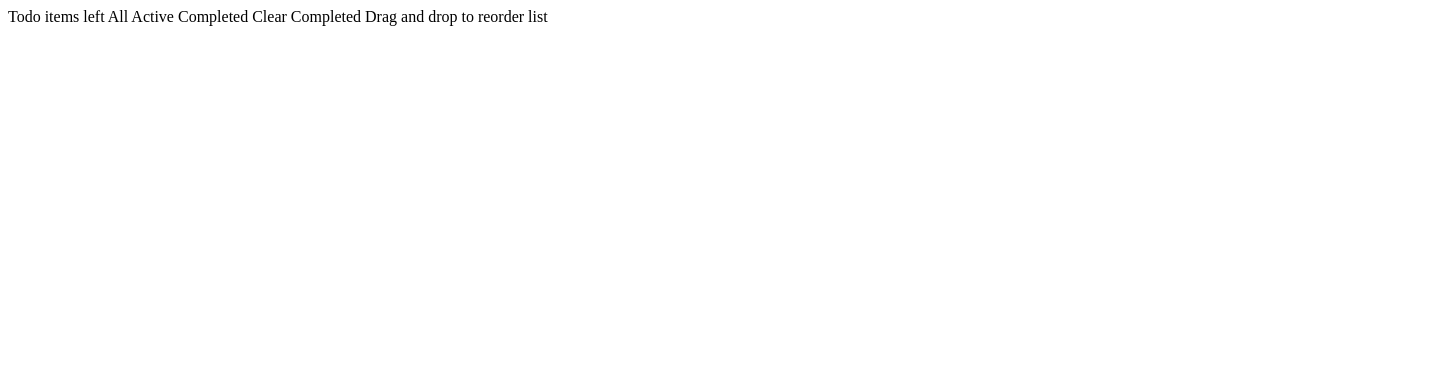
Repository: Arkitecth/todo-list
Page: index.html
These files come from the project's save history. The page is drawn as it stood at one moment and after the next save; the edit follows.
The browser window is 1280 px wide. The page is 1280 px wide, then 1448 px, so the pictures cover 1448 px, including what lies to the right of the window. The pictures show the whole page.

Above is the page before, as saved 2023-06-19 16:19:14.

After the next save:
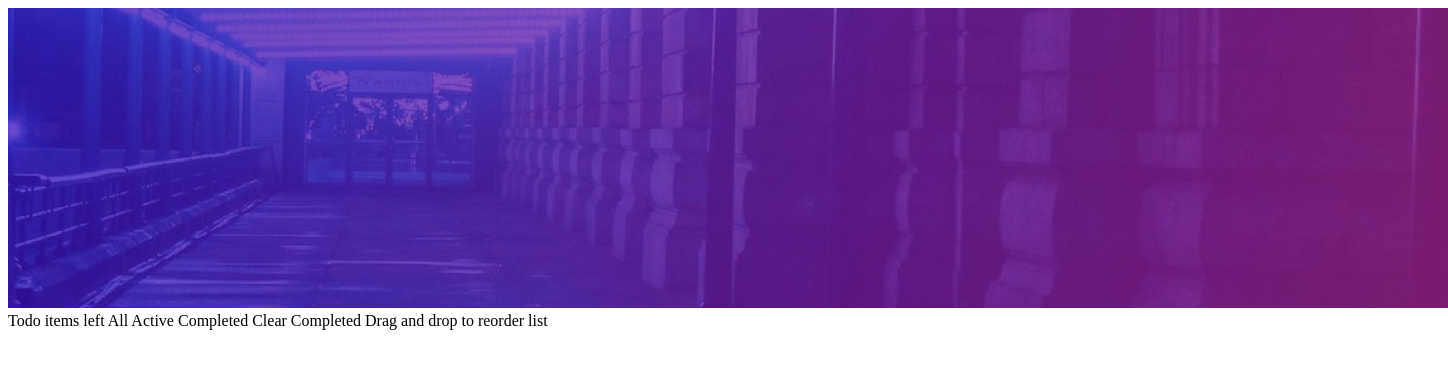
Saved 12 s later.
--- a/index.html
+++ b/index.html
@@ -11,6 +11,8 @@
   </style>
 </head>
 <body>
+
+  <img src="images/bg-desktop-dark.jpg" alt="">
   Todo
 
   <!-- Add dynamic number --> items left
